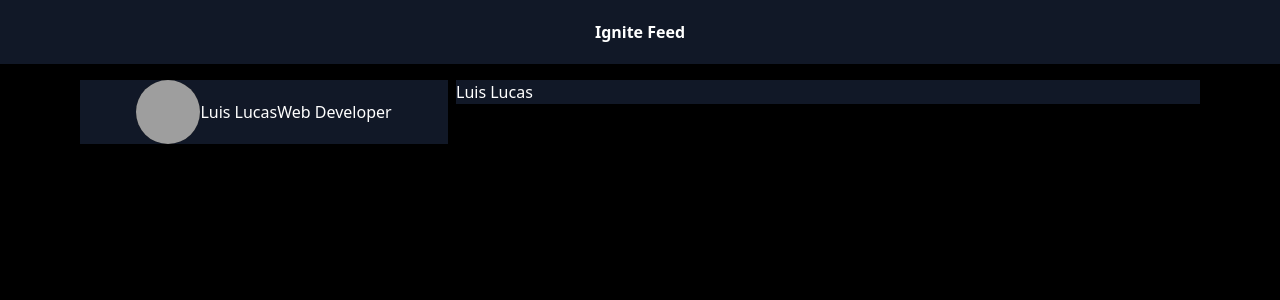
Repository: LuisSempre/ignite-feed
Page: /
The author's editor kept a copy of each file at every save. The page is drawn from the files as they stood at one save, then again after the next save.
The browser window is 1280 px wide. The pictures show the whole page.
Pictures or frames that could not be fetched are drawn as grey boxes. The project was rebuilt for these pictures with package versions that can differ from the ones it lists, and the page was loaded fresh each time. Also part of the build but not shown: vite.config.js.

Above is the page before, as saved 2022-07-13 21:32:47.

### src/App.jsx
import { Header } from "./Components/Header"
import { Sidebar } from "./Components/Sidebar"
function App() {
  return (
    <div>
      <Header />
      <div className="max-w-6xl mx-auto p-4 grid grid-cols-3 gap-2 items-start">
        <Sidebar />
        <div className="bg-gray-900 col-span-2">
          Luis Lucas
        </div>
      </div>
    </div>
  );
}

export default App;

### src/index.css
@tailwind base;
@tailwind components;
@tailwind utilities;

* {
    @apply bg-black text-white;
}

h1, span {
    @apply bg-gray-900
}

### src/Components/Header.jsx
export function Header() {
  return (
    <div className="flex max-w-7xl items-center justify-center h-16 bg-gray-900">
      <h1 className="font-bold bg-gray-900">Ignite Feed</h1>
    </div>
  )
}

### src/Components/Sidebar.jsx
export function Sidebar() {
  return (
    <div className="bg-gray-900 justify-center items-center flex flex-auto text-center overflow-hidden object-cover">
      <img
        className="w-16 h-16 rounded-full"
        src="https://avatars.githubusercontent.com/u/32404639?v=4"
        alt=""
      />
      <h1>Luis Lucas</h1>
      <span>Web Developer</span>
    </div>
  );
}

Loaded but not shown: index.html (common file); src/main.jsx (common file); tailwind.config.js (common file)

After the next save:
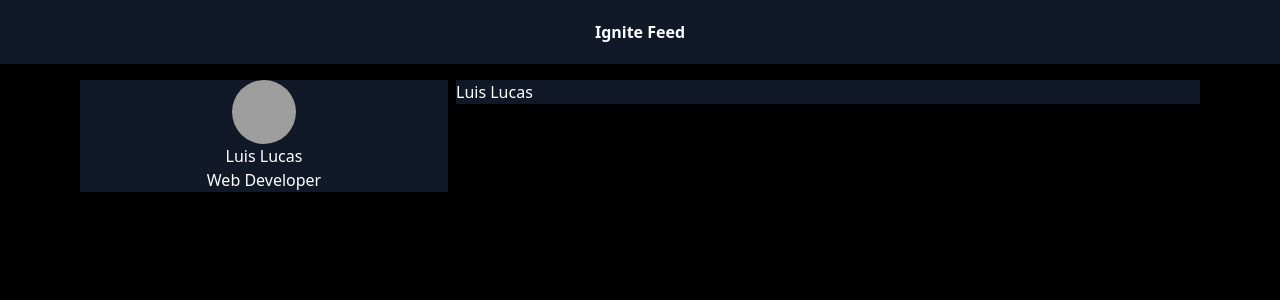
Saved 22 s later.
--- a/src/Components/Sidebar.jsx
+++ b/src/Components/Sidebar.jsx
@@ -1,6 +1,6 @@
 export function Sidebar() {
   return (
-    <div className="bg-gray-900 justify-center items-center flex flex-auto text-center overflow-hidden object-cover">
+    <div className="bg-gray-900 justify-center items-center flex flex-col text-center overflow-hidden object-cover">
       <img
         className="w-16 h-16 rounded-full"
         src="https://avatars.githubusercontent.com/u/32404639?v=4"
